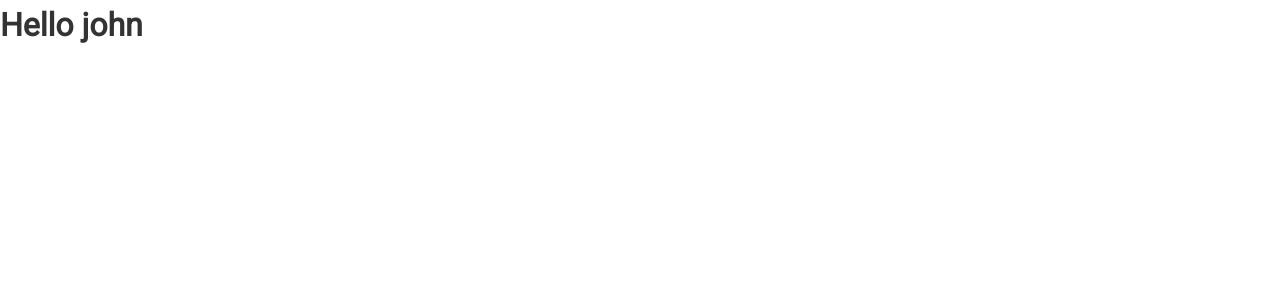
Repository: guicattani/fluffy-tribble-finder
Page: /
An editor plug-in stored every save of this project. The page is shown before and after the next save, followed by the edit.
The browser window is 1280 px wide. The pictures show the whole page.
The project was rebuilt for these pictures with package versions that can differ from the ones it lists, and the page was loaded fresh each time. Also part of the build but not shown: src/components/layout/Navbar.js.

Above is the page before, as saved 2020-02-26 15:36:43.

### src/App.js
import React, { Component } from "react";
import Navbar from './components/layout/Navbar.js'
import "./App.css";

class App extends Component {
  render() {
    const name = "john";

    return (
      <div className="App">
        <h1>Hello {name} </h1>
      </div>
    );
  }
}

export default App;

Loaded but not shown: public/index.html (common file); src/index.js (common file); src/App.css (common file)

After the next save:
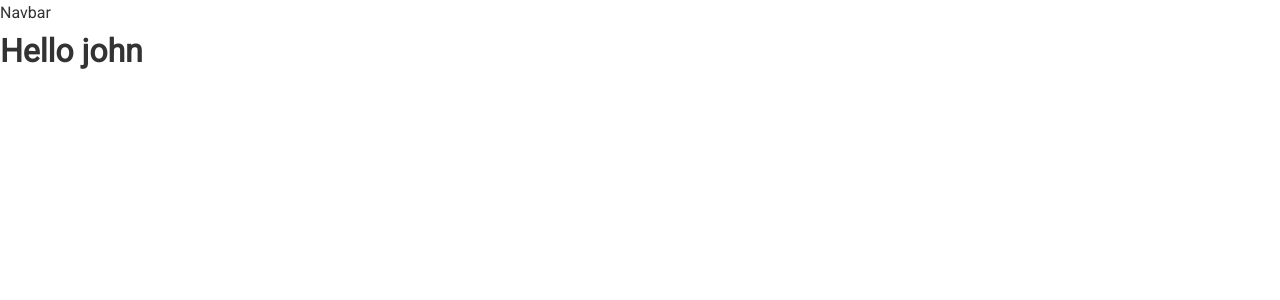
Saved 5 min 6 s later.
--- a/src/App.js
+++ b/src/App.js
@@ -8,6 +8,7 @@
 
     return (
       <div className="App">
+        Navbar
         <h1>Hello {name} </h1>
       </div>
     );

After the save that followed:
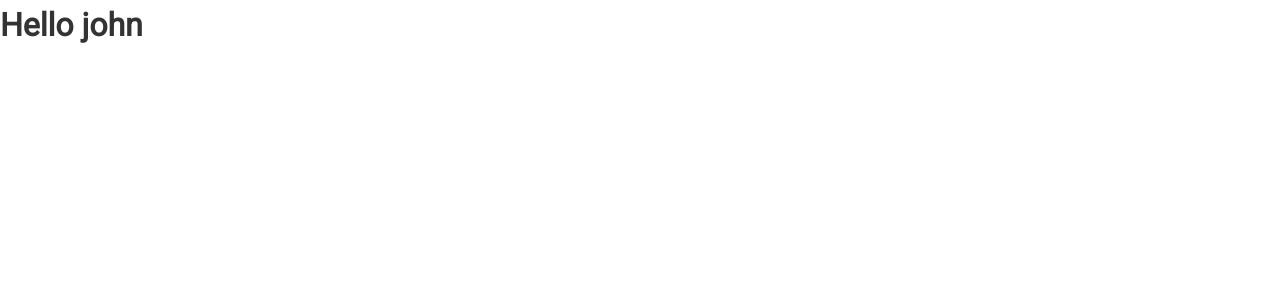
Saved 5 s later.
--- a/src/App.js
+++ b/src/App.js
@@ -8,7 +8,7 @@
 
     return (
       <div className="App">
-        Navbar
+        { Navbar }
         <h1>Hello {name} </h1>
       </div>
     );
